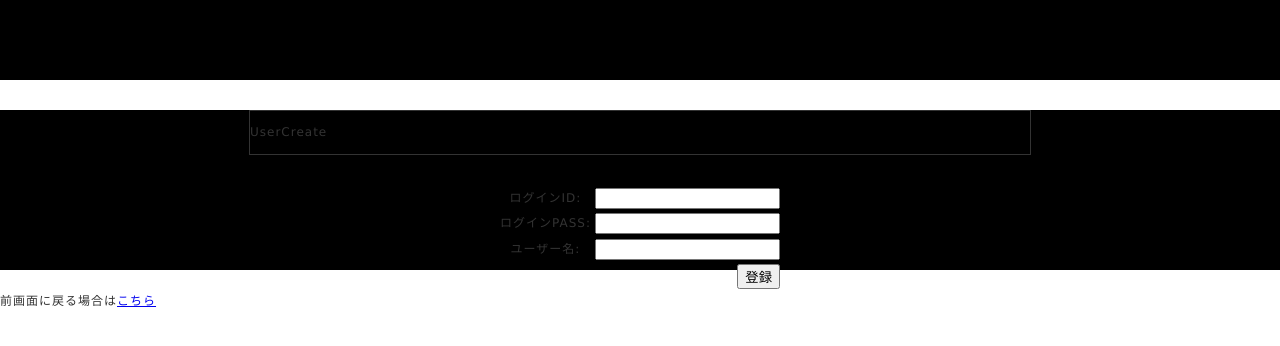
Repository: Sato718/backup
Page: http://localhost/template2/userCreate.jsp
The author's editor kept a copy of each file at every save. The page is drawn from the files as they stood at one save, then again after the next save.
The browser window is 1280 px wide. The pictures show the whole page.
The page is served by Tomcat 9.

Above is the page before, as saved 2017-12-21 02:19:58.

After the next save:
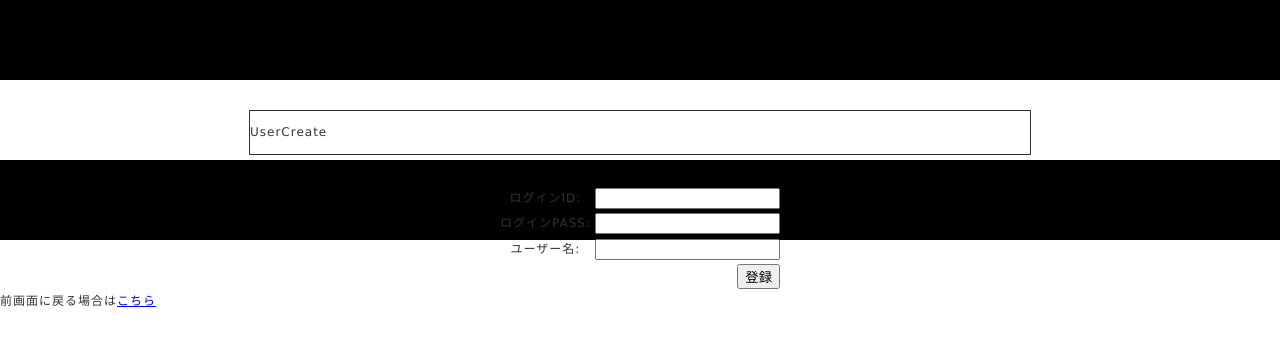
Saved 56 s later.
--- a/template2/WebContent/userCreate.jsp
+++ b/template2/WebContent/userCreate.jsp
@@ -46,8 +46,8 @@
 
 		#main {
 			width: 100%;
-			height: 80px;
-			background-color: black;
+			height: 50px;
+			text-alogn:center;
 		}
 
 		#footer {
